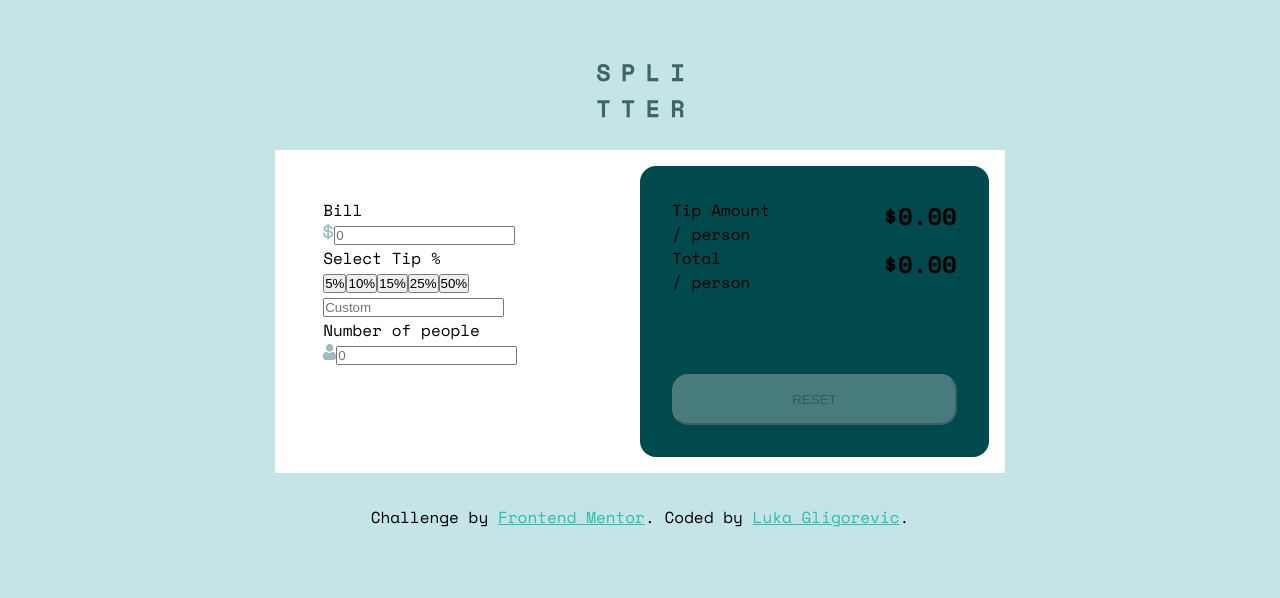
Repository: gligor99/tip-fmentor
Page: /
The author's editor kept a copy of each file at every save. The page is drawn from the files as they stood at one save, then again after the next save.
The browser window is 1280 px wide. The pictures show the whole page.
The project was rebuilt for these pictures with package versions that can differ from the ones it lists, and the page was loaded fresh each time.

Above is the page before, as saved 2021-11-27 17:53:33.

### src/index.css
@import url("https://fonts.googleapis.com/css2?family=Space+Mono:wght@400;700&display=swap");

:root {
  --clr-primary: hsl(172, 67%, 45%);
  --clr-dark-cyan: hsl(183, 100%, 15%);
  --clr-dark-grayish-cyan: hsl(186, 14%, 43%);
  --clr-dark-grayish-cyan2: hsl(184, 14%, 56%);
  --clr-light-grayish-cyan: hsl(185, 41%, 84%);
  --clr-light-grayish-cyan2: hsl(189, 41%, 97%);
  --clr-white: hsl(0, 0%, 100%);
}

*,
::after,
::before {
  margin: 0;
  padding: 0;
  box-sizing: border-box;
}
body {
  font-family: "Space Mono", sans-serif;
  background: var(--clr-light-grayish-cyan);
  color: var(--clr-grey-1);
  line-height: 1.5;
  font-size: 1rem;
}

.App {
  display: flex;
  flex-direction: column;
  justify-content: center;
  padding: 2rem;
  max-height: 100vh;
}

.logo {
  display: flex;
  justify-content: center;
  padding: 2rem;
}

.attribution {
  font-size: 1rem;
  text-align: center;
  padding: 2rem;
}
.attribution a {
  color: var(--clr-primary);
}

.container {
  display: flex;
  justify-content: space-between;
  background-color: var(--clr-white);
  width: 60%;
  margin: auto;
  padding: 1rem 1rem;
}
.left-side {
  width: 50%;
  padding: 2rem;
}

.right-side {
  background-color: var(--clr-dark-cyan);
  width: 50%;
  border-radius: 1rem;
  padding: 2rem;
}

.results-tip, .results-total{
  display: flex;
  justify-content: space-between;
}

.rightside, .reset-btn {
  padding: 1rem;
  width: 100%;
  border-radius: 1rem;
  margin-top: 5rem;
}

### src/App.tsx
import Footer from "./components/Footer";
import logo from "./assets/logo.svg";
import Tipper from "./components/Tipper";
import { useState } from "react";

function App() {
  const [bill, setBill] = useState(0)
  const [people, setPeople] = useState(0)
  const [total, setTotal] = useState(0)


  return (
    <div className="App">
      <div className="logo">
        <img src={logo} alt="logo" />
      </div>
      <Tipper />
      <Footer name="Luka Gligorevic" />
    </div>
  );
}

export default App;

### src/components/Footer.tsx
type Props = {
  name: String;
};

const Footer: React.FC<Props> = ({ name }) => {
  return (
    <div className="attribution">
      Challenge by{" "}
      <a
        href="https://www.frontendmentor.io?ref=challenge"
        target="_blank"
        rel="noreferrer"
      >
        Frontend Mentor
      </a>
      . Coded by <a href="https://github.com/gligor99">{name}</a>.
    </div>
  );
};

export default Footer;

### src/components/Tipper.tsx
import iconDollar from "../assets/icon-dollar.svg";
import iconPeople from "../assets/icon-person.svg";

const Tipper = () => {
  return (

      <section className="container">
        <div className="left-side">
          <form>
            <label htmlFor="bill">Bill</label>
            <div className="input-div">
              <img className="input-icon" src={iconDollar} alt="dollarIcon" />
              <input type="number" placeholder="0" />
            </div>
            <label htmlFor="select-tip">Select Tip %</label>
            <div className="buttons">
              <button className="percentage-btn" data-value="5">
                5%
              </button>
              <button className="percentage-btn" data-value="5">
                10%
              </button>
              <button className="percentage-btn" data-value="5">
                15%
              </button>
              <button className="percentage-btn" data-value="5">
                25%
              </button>
              <button className="percentage-btn" data-value="5">
                50%
              </button>
              <input
                type="number"
                placeholder="Custom"
                className="custom-tip"
              />
            </div>
            <label htmlFor="no-of-people">Number of people</label>
            <div className="input-div">
              <img className="input-icon" src={iconPeople} alt="personIcon" />
              <input type="number" placeholder="0" />
            </div>
          </form>
        </div>
        <div className="right-side">
          <div className="results-tip">
            <div className="results-text">
              <p className="results-label">Tip Amount</p>
              <p className="per-person">/ person</p>
            </div>
            <div className="tip-result">
              <h1 id="tip-result">$0.00</h1>
            </div>
          </div>
          <div className="results-total">
            <div className="results-text">
              <p className="results-label">Total</p>
              <p className="per-person">/ person</p>
            </div>
            <div className="total-result">
              <h1 id="total-result">$0.00</h1>
            </div>
          </div>
          <button className="reset-btn" type="reset" disabled>
            RESET
          </button>
        </div>
      </section>

  );
};

export default Tipper;

Loaded but not shown: public/index.html (common file); src/index.tsx (common file)

After the next save:
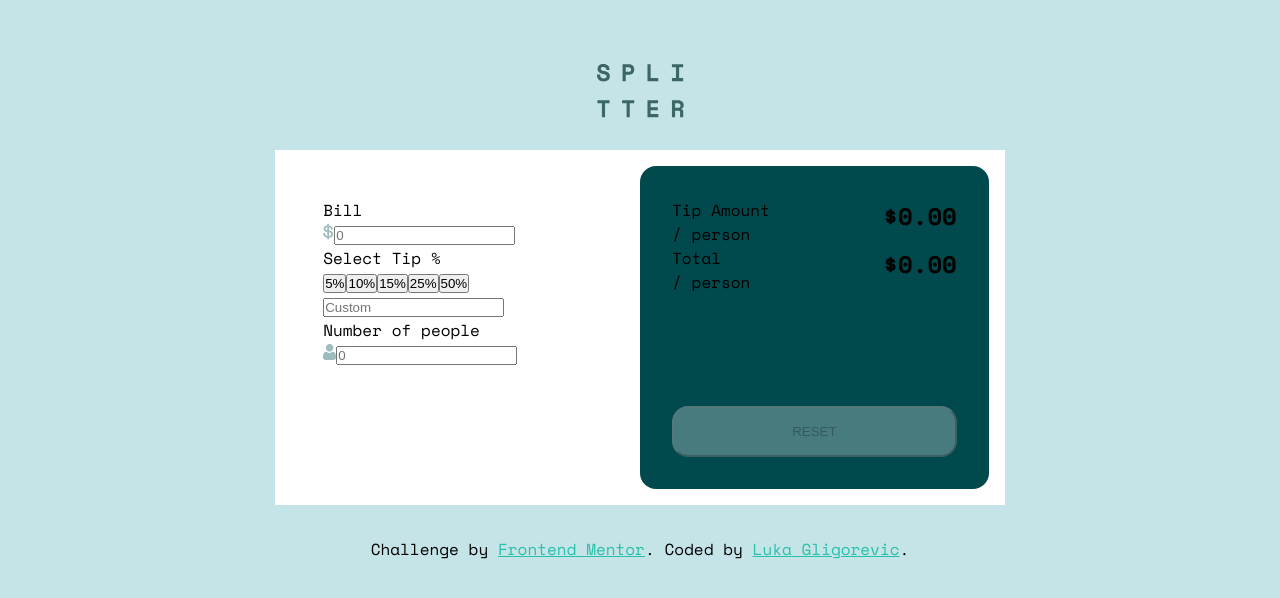
Saved 8 s later.
--- a/src/index.css
+++ b/src/index.css
@@ -77,5 +77,5 @@ body {
   padding: 1rem;
   width: 100%;
   border-radius: 1rem;
-  margin-top: 5rem;
+  margin-top: 7rem;
 }
